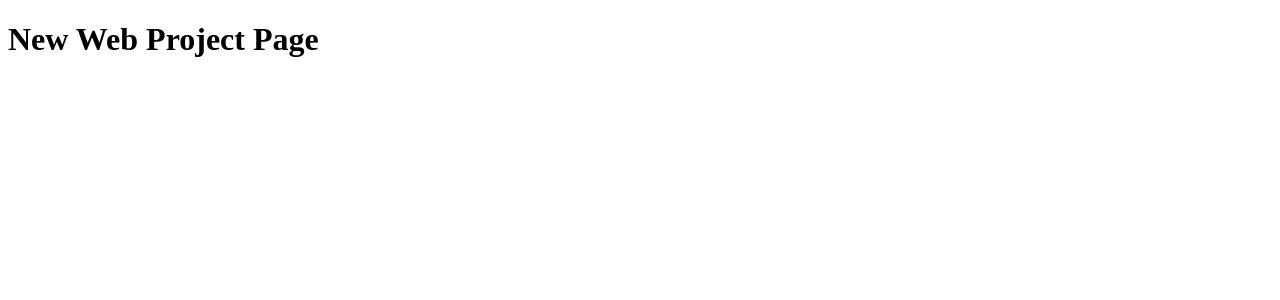
Repository: jkastrup/Kastrup_Jason_WPF
Page: Functions_Worksheet/Functions_Worksheet/index.html
These files come from the project's save history. The page is drawn as it stood at one moment and after the next save; the edit follows.
The browser window is 1280 px wide. The pictures show the whole page.

Above is the page before, as saved 2014-03-27 20:53:07.

After the next save:
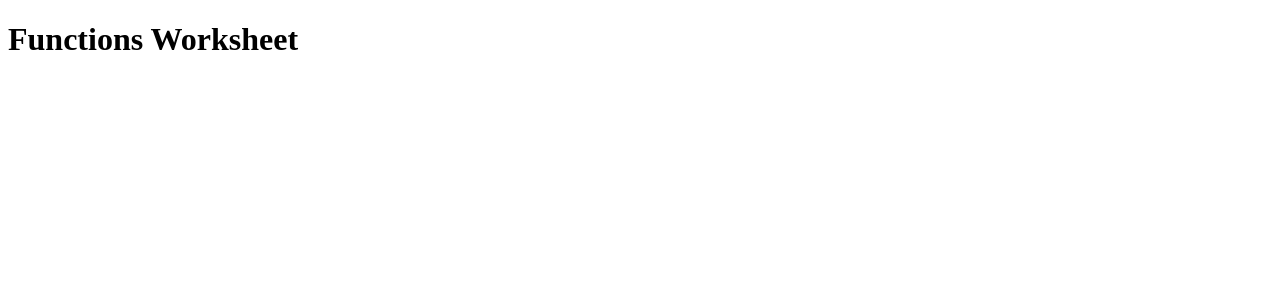
Saved 17 s later.
--- a/Functions_Worksheet/Functions_Worksheet/index.html
+++ b/Functions_Worksheet/Functions_Worksheet/index.html
@@ -3,9 +3,9 @@
 <html xmlns="http://www.w3.org/1999/xhtml">
 	<head>
 		<meta http-equiv="Content-Type" content="text/html; charset=utf-8" />
-		<title>New Web Project</title>
+		<title>Functions Worksheet</title>
 	</head>
 	<body>
-		<h1>New Web Project Page</h1>
+		<h1>Functions Worksheet</h1>
 	</body>
 </html>
